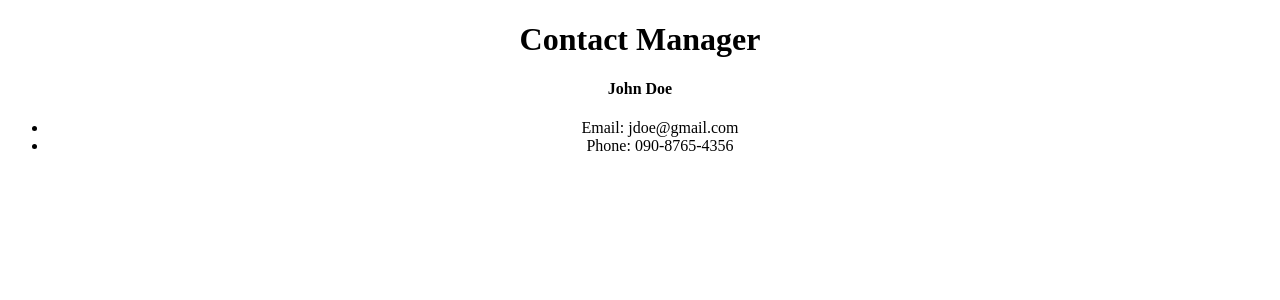
Repository: IkennaU/contactmanager
Page: /
The author's editor kept a copy of each file at every save. The page is drawn from the files as they stood at one save, then again after the next save.
The browser window is 1280 px wide. The pictures show the whole page.
The project was rebuilt for these pictures with package versions that can differ from the ones it lists, and the page was loaded fresh each time.

Above is the page before, as saved 2020-07-20 13:36:48.

After the next save:
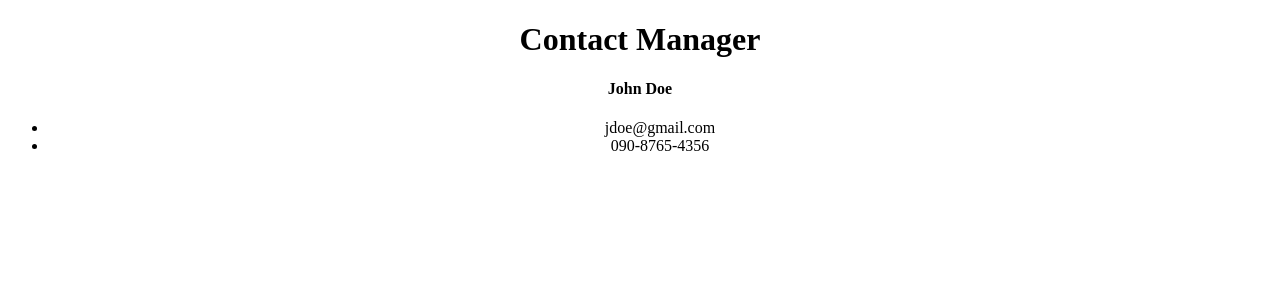
Saved 78 s later.
--- a/src/components/Contact.js
+++ b/src/components/Contact.js
@@ -4,10 +4,10 @@
   render() {
     return (
       <div>
-        <h4>John Doe</h4>
+        <h4>{this.props.name}</h4>
         <ul>
-          <li>Email: jdoe@gmail.com</li>
-          <li>Phone: 090-8765-4356</li>
+          <li>{this.props.email}</li>
+          <li>{this.props.phone}</li>
         </ul>
       </div>
     );

After the save that followed:
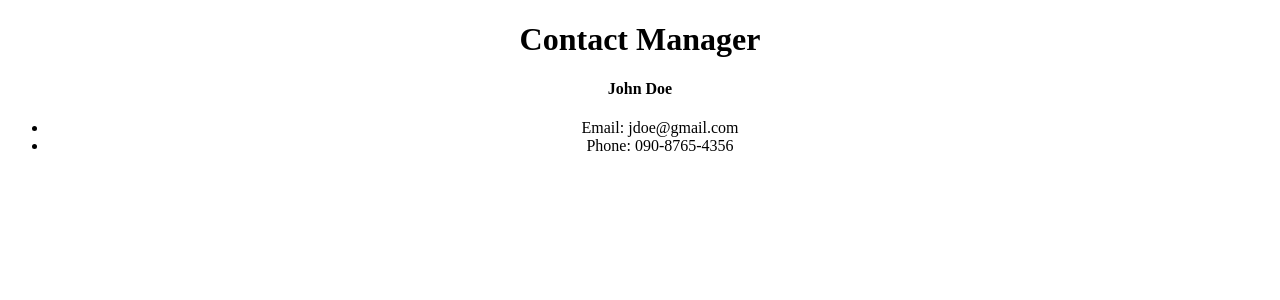
Saved 83 s later.
--- a/src/components/Contact.js
+++ b/src/components/Contact.js
@@ -6,8 +6,8 @@
       <div>
         <h4>{this.props.name}</h4>
         <ul>
-          <li>{this.props.email}</li>
-          <li>{this.props.phone}</li>
+          <li>Email: {this.props.email}</li>
+          <li>Phone: {this.props.phone}</li>
         </ul>
       </div>
     );
